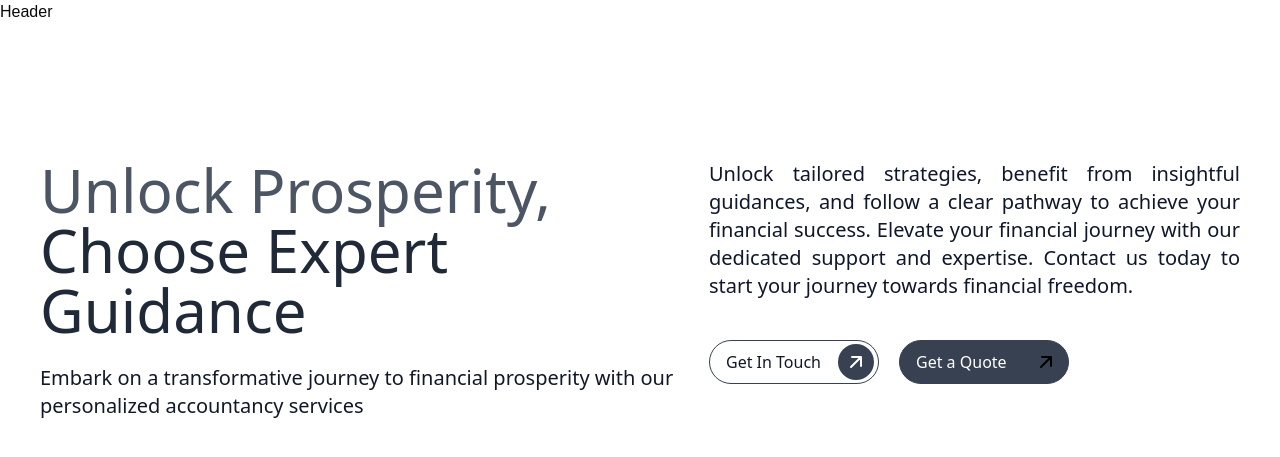
Repository: vespersolutionspk18/integrast-website
Page: /
These files come from the project's save history. The page is drawn as it stood at one moment and after the next save; the edit follows.
The browser window is 1280 px wide. The pictures show the whole page.
The project was rebuilt for these pictures with package versions that can differ from the ones it lists, and the page was loaded fresh each time. The framework's server and built-in components were replaced by stand-ins that run in the browser. Also part of the build but not shown: next.config.ts.

Above is the page before, as saved 2024-12-09 15:01:59.

### app/page.tsx
import Image from "next/image";
import Header from "./Header";
import Hero from "./Hero";

export default function Home() {
  return (
    <div>
      <Header />
      <Hero />
    </div>
  );
}

### app/Hero.tsx
import React from 'react'
import ButtonArrowwhite from "@/public/assets/buttonarrowwhite.svg";
import ButtonArrow from "@/public/assets/buttonarrow.svg";
const Hero = () => {
  return (
    <div className="flex flex-col p-10 ">
        <div className="flex flex-row mt-24 h-[190px] gap-5 ">
            <div className="w-[55%] flex flex-col">
                <h1 className="font-light font-sans text-6xl text-gray-600">Unlock Prosperity, <span className="text-gray-800">Choose Expert Guidance</span></h1>
                <h4 className="text-xl font-sans text-gray-900 mt-6">Embark on a transformative journey to financial prosperity with our personalized accountancy services</h4>
            </div>
            <div className="w-[45%] flex flex-col justify-between ">
                <h4 className="text-xl text-justify font-sans text-slate-900">Unlock tailored strategies, benefit from insightful guidances, and follow a clear pathway to achieve your financial success. Elevate your financial journey with our dedicated support and expertise. Contact us today to start your journey towards financial freedom.</h4>
                <div className="flex flex-row gap-5 pt-10">
                <div>
                <div id="button"
  className="group  bg-white h-[44px] flex-row border-[1px] border-gray-700 text-gray-900 text-[16px] py-1 px-1 font-light rounded-full hidden md:flex items-center justify-between w-[170px] transition-width duration-500 ease-in-out  hover:w-[195px] hover:bg-gray-700 hover:border-gray-700 hover:text-white "

>
  <div className="mx-3 font-sans font-regular">Get In Touch</div>
  <div className="bg-gray-700 rounded-full h-[36px] w-[36px] flex items-center justify-center transition-transform duration-500 ease-in-out group-hover:rotate-45">
    <ButtonArrowwhite className="h-[24px] w-[24px]" />
  </div>
            </div>
                </div>
                <div>
                <div id="button"
  className="group  bg-gray-700 h-[44px] flex-row border-[1px] border-gray-700 text-white text-[16px] py-1 px-1 font-light rounded-full hidden md:flex items-center justify-between w-[170px] transition-width duration-500 ease-in-out  hover:w-[195px] hover:bg-white hover:border-gray-700 hover:text-gray-700 "

>
  <div className="mx-3 font-sans font-regular">Get a Quote</div>
  <div className="bg-gray-700 rounded-full h-[36px] w-[36px] flex items-center justify-center transition-transform duration-500 ease-in-out group-hover:rotate-45">
    <ButtonArrow className="h-[24px] w-[24px]" />
  </div>
            </div>
                </div>

                </div>
            </div>
        </div>
    </div>
  )
}

export default Hero

Loaded but not shown: app/layout.tsx (common file); app/globals.css (common file); app/Header.tsx (common file); tailwind.config.ts (common file)

After the next save:
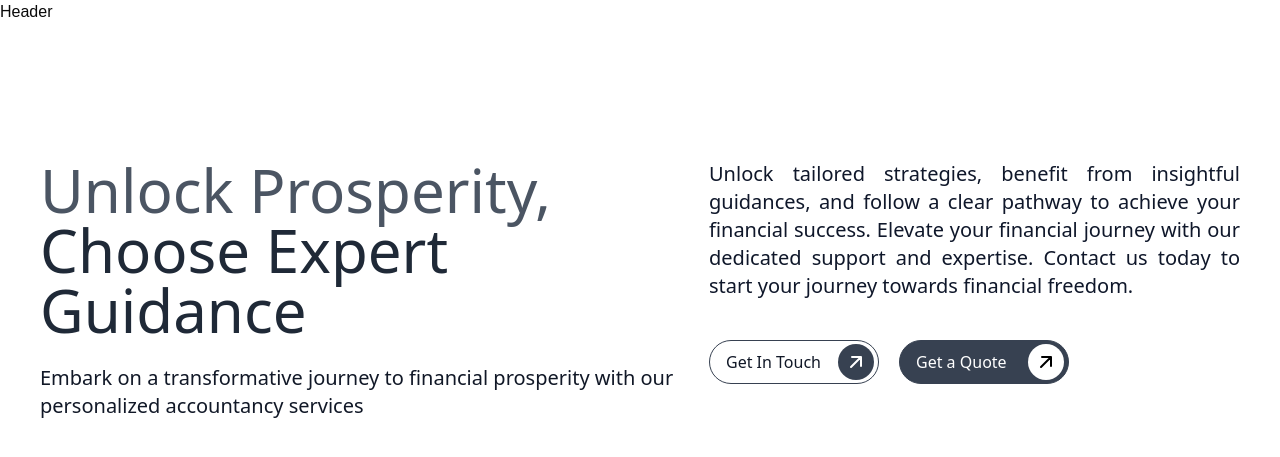
Saved 6 s later.
--- a/app/Hero.tsx
+++ b/app/Hero.tsx
@@ -29,7 +29,7 @@ const Hero = () => {
 
 >
   <div className="mx-3 font-sans font-regular">Get a Quote</div>
-  <div className="bg-gray-700 rounded-full h-[36px] w-[36px] flex items-center justify-center transition-transform duration-500 ease-in-out group-hover:rotate-45">
+  <div className="bg-white rounded-full h-[36px] w-[36px] flex items-center justify-center transition-transform duration-500 ease-in-out group-hover:rotate-45">
     <ButtonArrow className="h-[24px] w-[24px]" />
   </div>
             </div>
